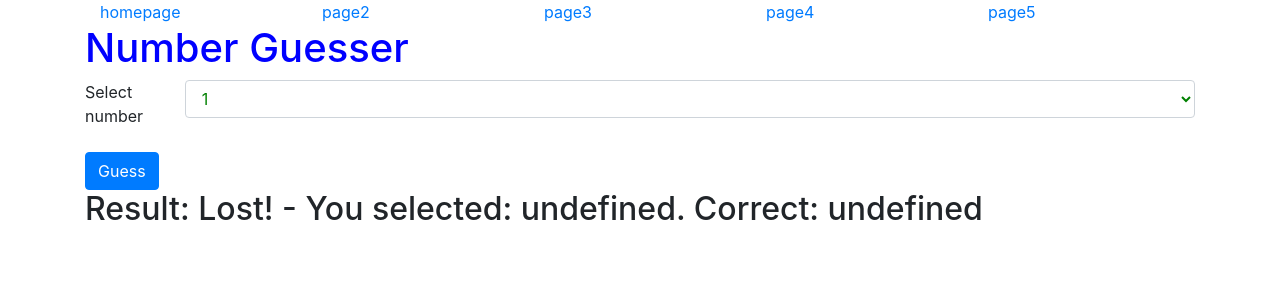
Repository: sanderdebr/cs50
Page: pset8/homepage/index.html
The author's editor kept a record of every edit. The page is drawn from the files as they stood at one moment, then again after the next edit.
The browser window is 1280 px wide. The pictures show the whole page.
After loading, the first visible `#button` was clicked once.

Above is the page before.

### pset8/homepage/index.html
<!DOCTYPE html>

<html lang="en">
    <head>
        <link href="https://stackpath.bootstrapcdn.com/bootstrap/4.5.0/css/bootstrap.min.css" rel="stylesheet">
        <link href="styles.css" rel="stylesheet">
        <title>My Webpage</title>
    </head>
    <body>
        <main class="container">
            <div class="container">
              <div class="row">
                  <div class="col"><a href="index.html">homepage</a></div>
                  <div class="col"><a href="page2.html">page2</a></div>
                  <div class="col"><a href="page3.html">page3</a></div>
                  <div class="col"><a href="page4.html">page4</a></div>
                  <div class="col"><a href="page5.html">page5</a></div>
                </div>
            </div>
            <h1>Number Guesser</h1>
            <form>
              <div class="form-group" id="select">
              </div>
              <button id="button" type="submit" class="btn btn-primary">Guess</button>
            </form>
            <article>
                <h2>Result: <span id="result"></span></h2>
            </article>
        </main>
        <script src="app.js"></script>
    </body>
</html>

### pset8/homepage/styles.css
h1 {
    color: blue;
}

html {
    width: 100%;
}

#mySelect {
    color: green;
}

.form-group {
    display: flex;
}

h1 > h2 {
    font-size: 200%;
}

div.span {
    font-size: 300%;
}

### pset8/homepage/app.js
const numberController = (function() {
    const RandomNumber = function(max) {
        this.max = max;
    }

    RandomNumber.prototype.calcRandom = function() {
        return Math.floor(Math.random() * this.max);
    }

    return {
        getRandomNumber: function(max) {
            return new RandomNumber(max);
        }
    }
})();

const UIController = (function() {
    const DOMstrings = {
        select: 'select',
        mySelect: 'mySelect',
        result: 'result',
        button: 'button'
    }

    const createLabel = function() {
        const label = document.createElement("label");
        label.innerHTML = "Select number";
        return label;
    }

    const createSelectBox = function() {
        const select = document.createElement("select");
        select.classList = 'form-control';
        select.id ="mySelect";
        for (let i = 1; i < 4; i++) {
            const option = document.createElement("option");
            option.text = i;
            select.add(option);
        }
        return select;
    }

    return {
        getSelectedNum: function() {
            const mySelect = document.getElementById(DOMstrings.mySelect);
            const selected = mySelect.value;
            return selected;
        },
        showResult: function(result, selectedNum, randomNum) {
            const resultSpan = document.getElementById(DOMstrings.result);
            resultSpan.innerText = result;
            resultSpan.innerHTML = `${result} - You selected: ${selectedNum}. Correct: ${randomNum}`;
        },
        createUI: function() {
            const selectBox = createSelectBox();
            const label = createLabel();
            const select = document.getElementById(DOMstrings.select);
            select.appendChild(label);
            select.appendChild(selectBox);
        },
        getDOMstrings: function() {
            return DOMstrings;
        }
    }
})();

const controller = (function(UIctrl, numberCtrl) {
    const setupEventListeners = function() {
        const DOM = UIctrl.getDOMstrings();
        console.log(document.querySelector(DOM.button));
        document.querySelector(DOM.button).addEventListener('click', handleSubmit)
    }

    const handleSubmit = function(e) {
        e.preventDefault();
        const getNumber = numberCtrl.getRandomNumber(5);
        const randomNumber = getNumber.calcRandom();

        const selectedNum = UIctrl.getSelectedNum();

        if (selectedNum === randomNumber) {
            UIctrl.showResult('Won!', selectedNum, randomNumber);
        } else {
            UIctrl.showResult('Lost!');
        }
    }

    return {
        init: function() {
            console.log('app has started');
            UIctrl.createUI();
            setupEventListeners();
        }
    }
})(UIController, numberController);

document.addEventListener('DOMContentLoaded', controller.init);

After the next edit:
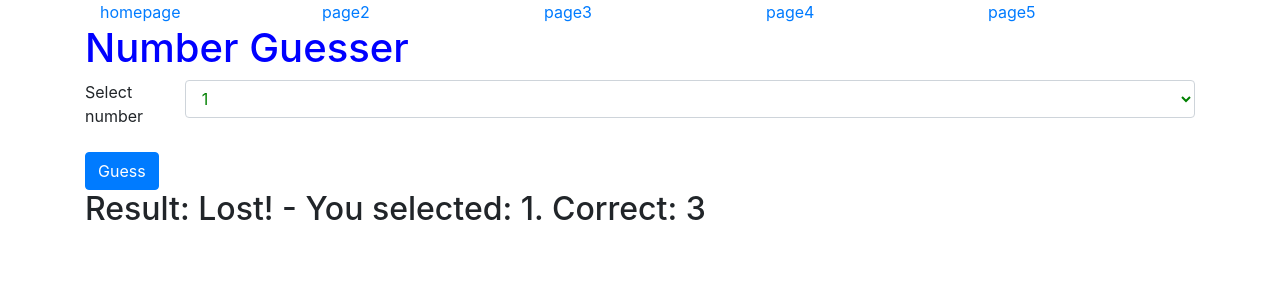
The edit:
--- a/pset8/homepage/app.js
+++ b/pset8/homepage/app.js
@@ -81,7 +81,7 @@
         if (selectedNum === randomNumber) {
             UIctrl.showResult('Won!', selectedNum, randomNumber);
         } else {
-            UIctrl.showResult('Lost!');
+            UIctrl.showResult('Lost!', selectedNum, randomNumber);
         }
     }
 
